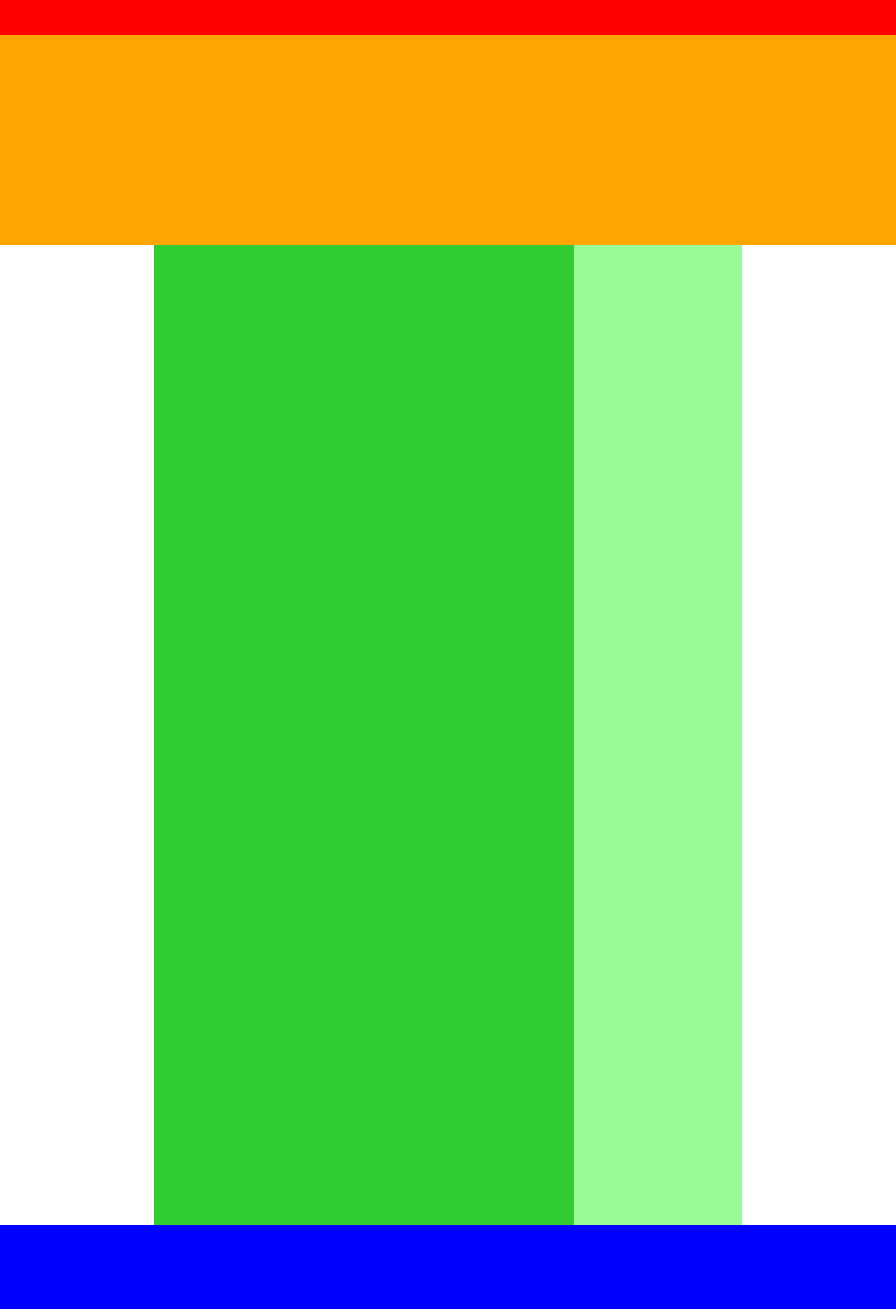
Repository: decknoboh/exercise1-8
Page: exercise1-4/index.html
The author's editor kept a record of every edit. The page is drawn from the files as they stood at one moment, then again after the next edit.
The browser window is 1280 px wide. The pictures show the whole page, at 70% of full size.

Above is the page before.

### exercise1-4/index.html
<!DOCTYPE html>
<html lang="ja">
  <head>
    <meta charset="utf-8"/>
    <link rel="stylesheet" href="style.css"/>
    <title>4章演習</title>
  </head>

  <body>
    <div class="header"></div>
    <div class="main-visual"></div>
    <div class="main">
      <div class="blog"></div>
      <div class="sidebar"></div>
    </div>
    <div class="footer"></div>
  </body>
</html>

### exercise1-4/style.css
*{
  margin: 0;
  padding: 0;
  box-sizing: border-box;
}

.header{
  width: 100%;
  height: 50px;
  background-color: red;
}

.header-top{
  width: 100%;
  height: 70px;
  background-color: hotpink;
}

.header-bottom{
  width: 100%;
  height: 50px;
  background-color: pink;
}

.main-visual{
  width: 100%;
  height: 300px;
  background-color: orange;
}

.main-visual-content{
  width: 350px;
  height: 300px;
  background-color: gold;
}

.main{
  width: 840px;
  display: flex;
  justify-content: center;
  margin: 0 auto;
}

.blog{
  width: 600px;
  height: 1400px;
  background-color: limegreen;
}

.sidebar{
  width: 240px;
  height: 1400px;
  background-color: palegreen;
}

.footer{
  width: 100%;
  height: 120px;
  background-color: blue;
}

After the next edit:
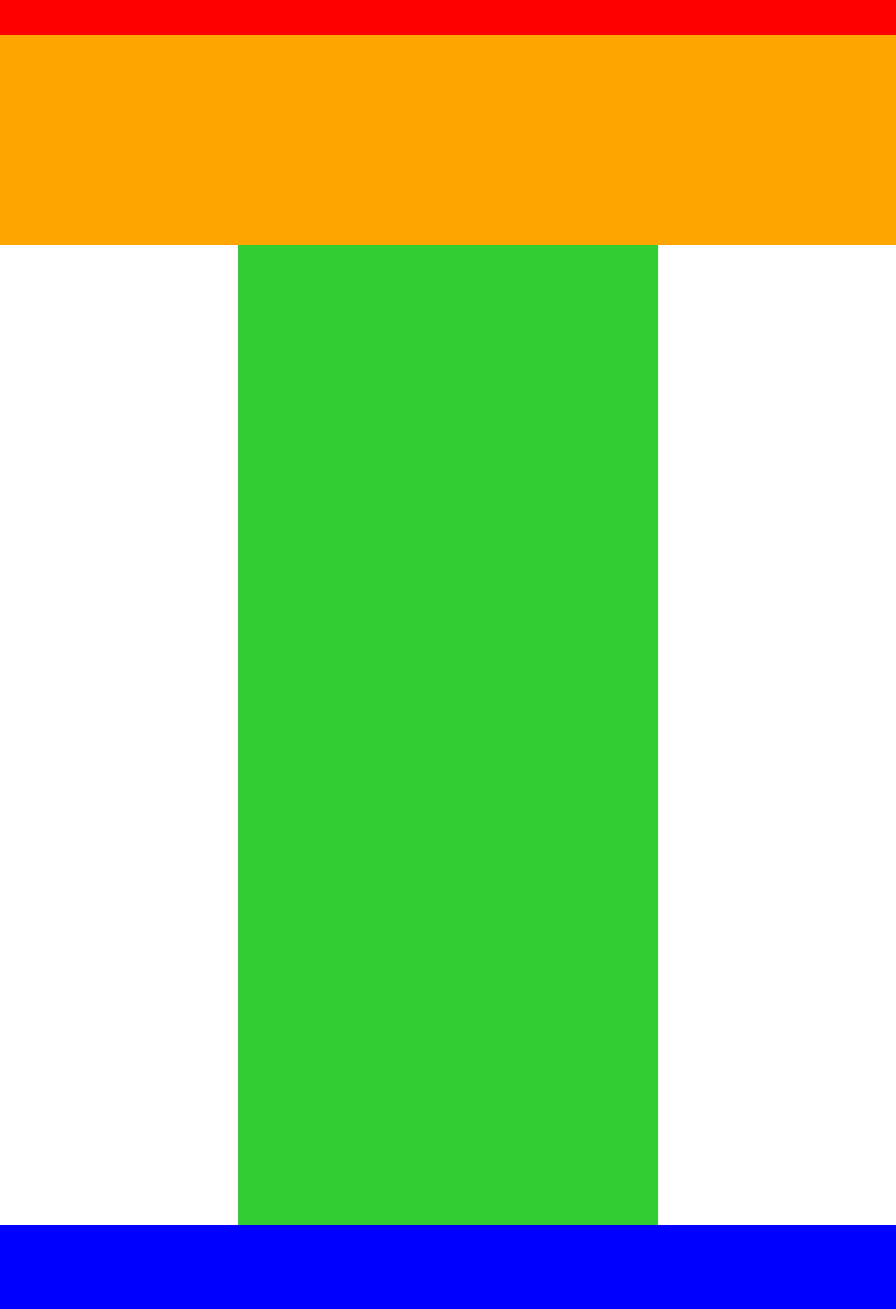
The edit:
--- a/exercise1-4/index.html
+++ b/exercise1-4/index.html
@@ -10,8 +10,9 @@
     <div class="header"></div>
     <div class="main-visual"></div>
     <div class="main">
+      <div class="sidebar-left"></div>
       <div class="blog"></div>
-      <div class="sidebar"></div>
+      <div class="sidebar-right"></div>
     </div>
     <div class="footer"></div>
   </body>
